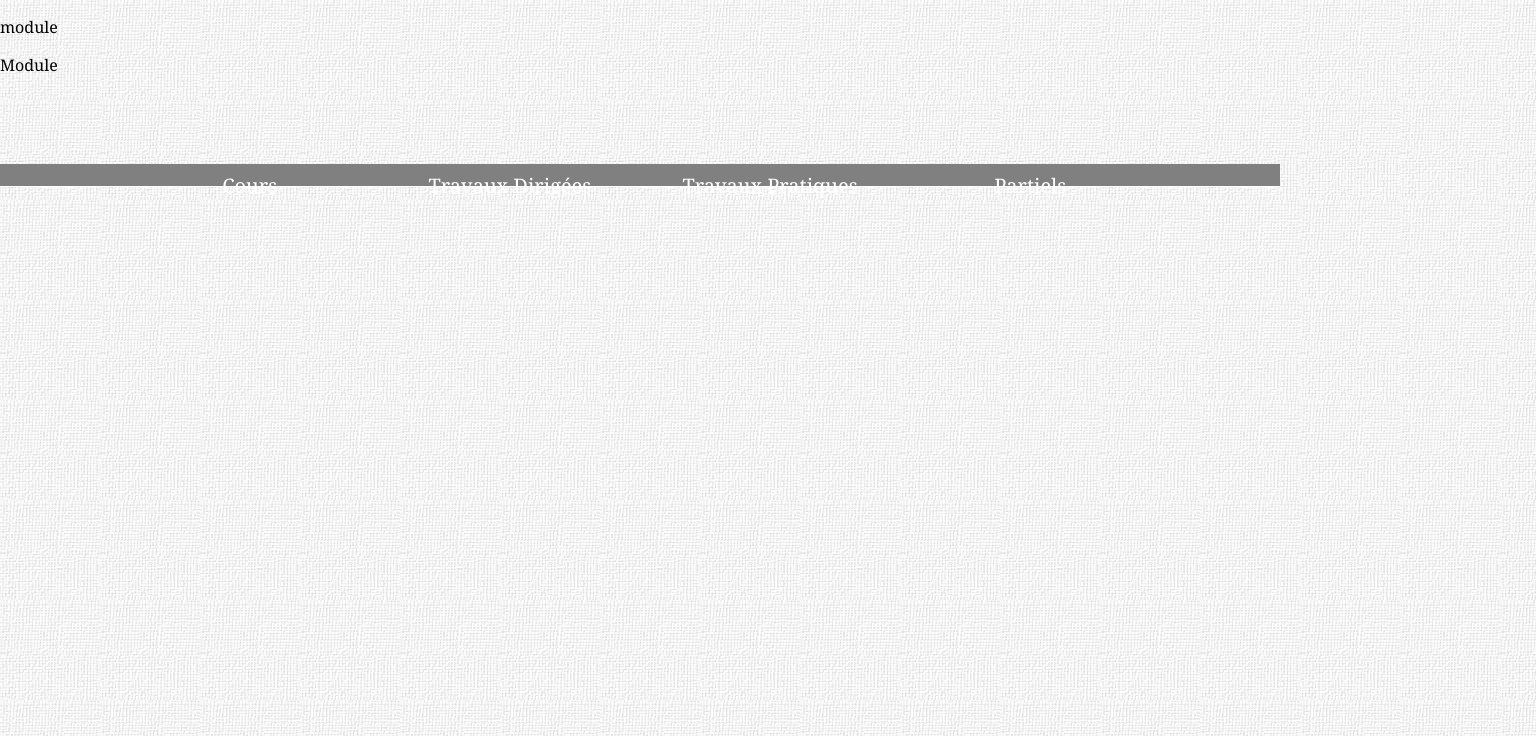
Repository: ValentinArg/PETUT
Page: http://localhost/PETUT/WEB-INF/jsp/eleve/semestre1.jsp
These files come from the project's save history. The page is drawn as it stood at one moment and after the next save; the edit follows.
The browser window is 1280 px wide. The page is 1536 px wide, then 1496 px, so the pictures cover 1536 px, including what lies to the right of the window. The pictures show the whole page.
After loading, the first visible `#boutonHautBas` was clicked once.
Some web libraries are served in a nearby version. The page is served by Tomcat 9. Nobody is signed in. Other server files are loaded and not shown. The template is opened directly, without the code that normally fills it, so the values that code supplies are empty.

Above is the page before, as saved 2016-10-02 10:01:20.

### PETUT/WebContent/WEB-INF/jsp/eleve/semestre1.jsp
<%@ page language="java" contentType="text/html; charset=ISO-8859-1"
    pageEncoding="ISO-8859-1"%>
<!DOCTYPE html PUBLIC "-//W3C//DTD HTML 4.01 Transitional//EN" "http://www.w3.org/TR/html4/loose.dtd">
<html>
<head>
<meta http-equiv="Content-Type" content="text/html; charset=ISO-8859-1">
<link rel ="stylesheet" href = "/PETUT/css/main.css"/>
<link rel ="stylesheet" href = "/PETUT/css/allSemestres.css"/>
<title>Insert title here</title>
</head>
<body>

	<p class="boutonHautBas" id="boutonHautBas">module</p>
	<jsp:include page="../enTete.jsp"/>
	<div class="navigation" id="navigation">
		<ul>
			<li class="parent" id="parent1"><p class="module">M1101</p></li>
			<li class="parent" id="parent2"><p class="module">M1102</p></li>
			<li class="parent" id="parent1"><p class="module">M1103</p></li>
			<li class="parent" id="parent2"><p class="module">M1104</p></li>
			<li class="parent" id="parent1"><p class="module">M1105</p></li>
			<li class="parent" id="parent2"><p class="module">M1106</p></li>
			<li class="parent" id="parent1"><p class="module">M1107</p></li>
			<li class="parent" id="parent2"><p class="module">M1201</p></li>
			<li class="parent" id="parent1"><p class="module">M1202</p></li>
			<li class="parent" id="parent2"><p class="module">M1203</p></li>
			<li class="parent" id="parent1"><p class="module">M1204</p></li>
			<li class="parent" id="parent2"><p class="module">M1205</p></li>
			<li class="parent" id="parent1"><p class="module">M1206</p></li>
			<li class="parent" id="parent1"><p class="module">Groupe A</p></li>
			<li class="parent" id="parent2"><p class="module">Groupe B</p></li>
			<li class="parent" id="parent1"><p class="module">Groupe C</p></li>
			<li class="parent" id="parent2"><p class="module">Groupe D</p></li>
			<li class="parent" id="parent1"><p class="module">Groupe E</p></li>
			<li class="parent" id="parent2"><p class="module">Groupe F</p></li>
			<li class="parent" id="parent1"><p class="module">Evênement BDE</p></li>

		</ul>

	</div>
	<div class="conteneurGeneral" id="conteneurGeneral">

		<ul class="selection" id="selection">
			<li class=" type"><p>Cours</p></li>
			<li class="type"><p>Travaux Dirigées</p></li>
			<li class="type"><p>Travaux Pratiques</p></li>
			<li class="type"><p>Partiels</p></li>
		</ul>
	</div>
	<script type="text/javascript">

		var haut = false
		function slideUp(){
			if(!haut){
				$('#navigation').slideUp();
				//document.getElementById('conteneurGeneral').style.marginLeft="0px"
				if($('#navigation').is(':animated')){
					checkAnimate();
				}else{

				}

				//$('#conteneurGeneral').animate({ "width": "+=20%" }, 1000 );
				haut = true;
			}else{
				$('#navigation').slideDown();
				document.getElementById('conteneurGeneral').style.marginLeft="20%"
				haut = false;
			}
		}

		function checkAnimate() {
            if( $( '#navigation' ).is( ':animated' ) ) {
                setTimeout(function() {
                    checkAnimate();
                }, 0 );
            }else{
            	$('#conteneurGeneral').animate({ "left": "-=20%","width": "+=20%" }, 1000 );
            }
        }

		$( '#boutonHautBas' ).click(function(){
			slideUp()});
	</script>
</body>
</html>

### PETUT/WebContent/WEB-INF/jsp/enTete.jsp
<%@ page language="java" contentType="text/html; charset=ISO-8859-1"
    pageEncoding="ISO-8859-1"%>
<!DOCTYPE html PUBLIC "-//W3C//DTD HTML 4.01 Transitional//EN" "http://www.w3.org/TR/html4/loose.dtd">
<html>
<head>
	<meta http-equiv="Content-Type" content="text/html; charset=ISO-8859-1">
	<title>Insert title here</title>
	<link rel ="stylesheet" href = "/PE2I/css/main.css"/>
	<script src="https://code.jquery.com/jquery-1.12.4.js"></script>
  	<script src="https://code.jquery.com/ui/1.12.1/jquery-ui.js"></script>

</head>
<body>
	<div class=enTete>
		<p class="boutonHautBas" id="boutonHautBas">Module</p>
		<ul class="nav" id="nav">
			<c:forEach var="forum" items="${listeForum}">
				<li class=" partie"><a class="forum" id="${forum.id}"><c:out value="${forum.nom}"/></a></li>
			</c:forEach>
			<!-- <li class="partie" id="banniere"><a>PETUT</a></li>-
			<li class=" partie"><a class="forum" id="1">Cours</a></li>
			<li class="partie"><a class="forum" id="2">Travaux Dirigées</a></li>
			<li class="partie"><a class="forum" id="3">Travaux Pratiques</a></li>
			<li class="partie"><a class="forum" id="4">Partiels</a></li>
			<li class="partie"><a>Mon Compte</a></li>-->
		</ul>
	</div>

</body>
</html>

### PETUT/WebContent/css/main.css
@CHARSET "ISO-8859-1";

@CHARSET "UTF-8";
/* Général ------------------------------------------------------------------------------------- */

html {
  height: 100%;
  box-sizing: border-box;
}

*,
*:before,
*:after {
  box-sizing: inherit;
}

body {
	background-image : url(../images/fond.jpg);
	position: relative;
 	margin: 0;
  padding-bottom: 6rem;
  min-height: 100%;
}

body,p,legend, label, input {
    font: normal 8pt;
    font-family:  Georgia, serif;
}

header img {
	width:470px;
	display:inline;
}
header .logoiut{
	height:135px;
	width:215px;
}
header{

	height:135px;
	margin-left:auto;
	margin-right:auto;
	background-image : url(../images/fondbanniere.jpg);
	width:85%;
	min-width:880px;
}
nav {
	width:85%;
	min-width:880px;
	margin-left:auto;
	margin-right:auto;
	text-align:left;

}
.general{
	width:85%;
	min-width:880px;
	margin-left:auto;
	margin-right:auto;
	background-image:url(../images/fondgeneral.jpg);
	padding-top:30px;
	padding-bottom:10px;
	min-height:69vh;
	margin-bottom:-24px;
}
footer {
	width:85%;
	min-width:880px;
	margin-left:auto;
	margin-right:auto;
	font-size:80%;
	position: absolute;
  	right: 0;
  	bottom: 0;
  	left: 0;
  	padding: 1rem;
  	margin-top:0;
	background-image:url(../images/fondgeneral.jpg);
}

### PETUT/WebContent/css/allSemestres.css
.parent{

	list-style:none;
	font-size:15px;
	cursor:pointer;
	width:100%;
	display:inline-block;

}

.navigation ul{
	width:100%;
	display:inline-block;

}




ul{
	margin:0;
	padding:0;
}

.ue {

	border-top:solid 1px white;
	display:block;
	padding:10px;
	text-align:center;
	background-color:#4CAF50;
	margin:0;
}

.ue:hover{
	color:white;
}

.module p{

	border:none;
	border-bottom:solid 1px white;
	display: block;
	padding:10px;
	text-align:center;
	background-color:#333;
	margin:0;


}

.module p:hover{
	color:white;
	cursor:pointer;
}

.semestres{
	background-color:#4CAF50;

}

a{
	cursor:pointer;
}





body{

	margin:0;
	padding:0;
}



.navigation{

	display:inline-block;
	list-style : none;
	margin:0;
	padding:0;
	position: relative;
	z-index:5;
	width:20%;
	border-bottom:solid 1px white;
	text-align:center;
	height:95.5%;
	max-height:95.3%;
	overflow: auto;


}

.conteneurGeneral{
	text-align:justify;
	display:inline-block;
	height:100%;
	position:relative;
	width: 80%;
	margin:0;
	margin-left:20%;
	padding:0;
	margin-top:50px;
	vertical-align:top;

}

.selection{
	display:block;
	vertical-align:top;
	list-style : none;
	margin:0;
	background: Grey;
	z-index:5;
	height:4.7%;
	border-bottom:solid 1px white;
	text-align: center;

}



.type {
	display: inline-block;
	padding:8px;
	font-size:20px;
	height:20px;
	vertical-align:top;
	width:20%;

}

.type p {
	margin:0;
	padding:0;
	color:white;
	cursor:pointer;
}

.type:hover{
	background:#333;

}

.tableauTopic{
	text-align: center;
	position:relative;
	display:block;

}

After the next save:
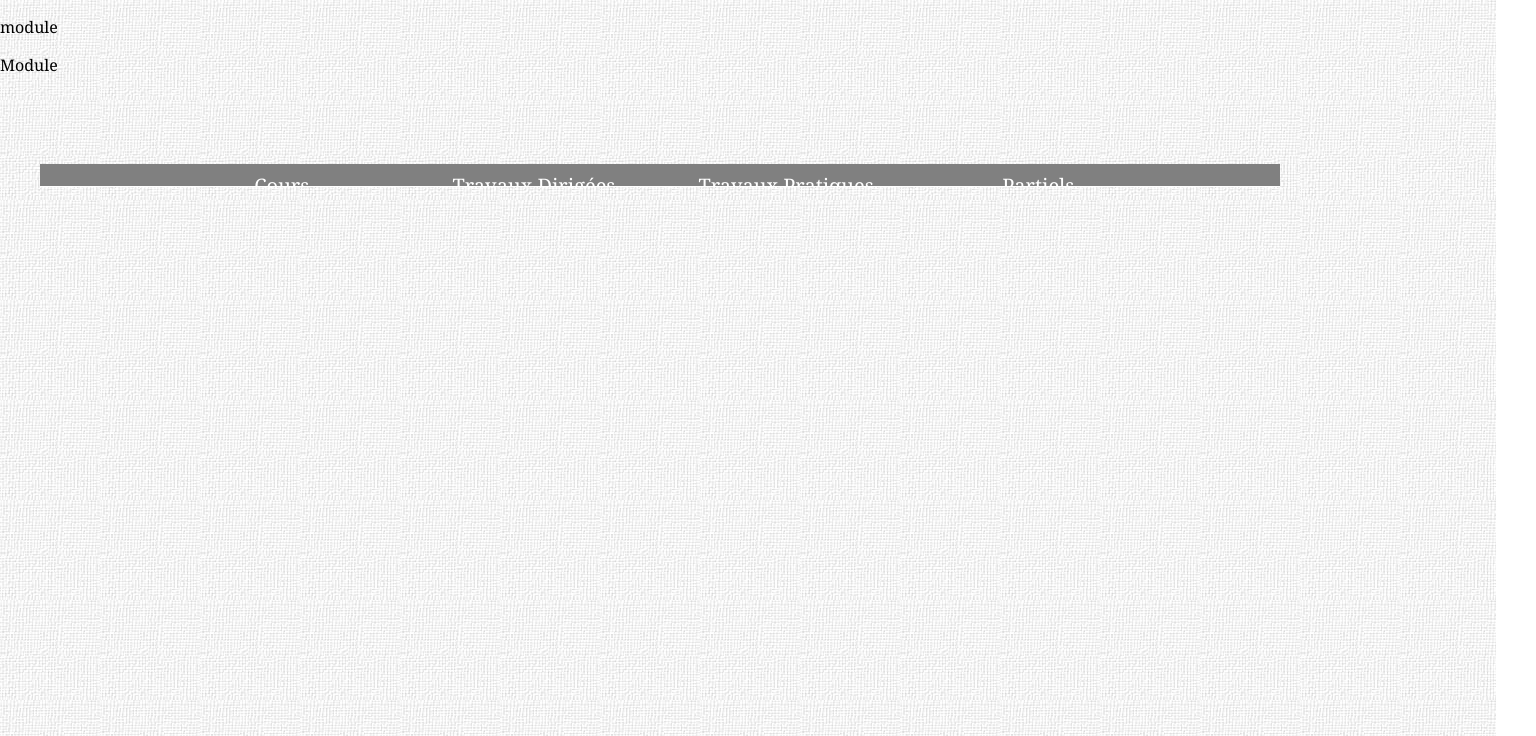
Saved 11 s later.
--- a/PETUT/WebContent/WEB-INF/jsp/eleve/semestre1.jsp
+++ b/PETUT/WebContent/WEB-INF/jsp/eleve/semestre1.jsp
@@ -52,7 +52,7 @@
 		var haut = false
 		function slideUp(){
 			if(!haut){
-				$('#navigation').slideUp();
+				$('#navigation').slideUp(750);
 				//document.getElementById('conteneurGeneral').style.marginLeft="0px"
 				if($('#navigation').is(':animated')){
 					checkAnimate();
